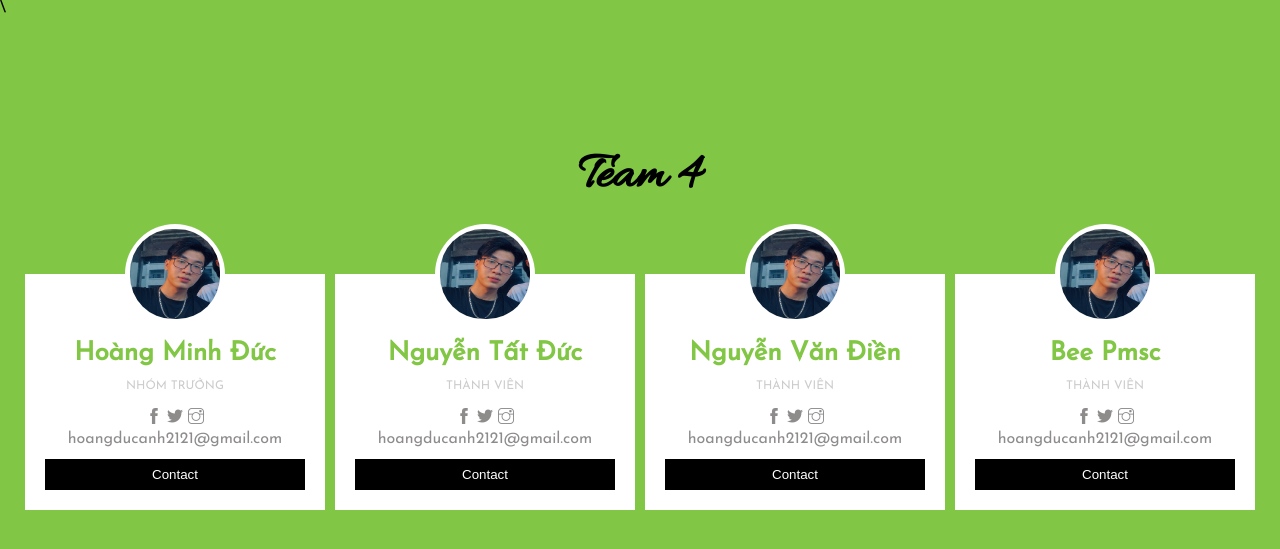
Repository: DuckyNumberONS/webcanhan
Page: index.html
The author's editor kept a copy of each file at every save. The page is drawn from the files as they stood at one save, then again after the next save.
The browser window is 1280 px wide. The pictures show the whole page.

Above is the page before, as saved 2022-10-03 07:53:56.

### index.html
<!DOCTYPE html>
<html lang="en">
  <head>
    <meta charset="UTF-8" />
    <title>Our Team Section</title>
    <link rel="stylesheet" href="styles.css" />
    \
    <link rel="stylesheet" href="/themify-icons/themify-icons.css" />
  </head>
  <body>
    <div class="wrapper">
      <h1>Team 4</h1>
      <div class="team">
        <div class="team_member">
          <div class="team_img">
            <img src="team1.png" alt="Team_image" />
          </div>
          <h3>Hoàng Minh Đức</h3>
          <p class="role">Nhóm trưởng</p>
          <div class="mxh">
            <i class="icon-nav ti-facebook"><a href="#"></a></i>
            <i class="icon-nav ti-twitter-alt"><a href="#"></a></i>
            <i class="icon-nav ti-instagram"><a href="#"></a></i>
          </div>
          <p>hoangducanh2121@gmail.com</p>
          <p>
            <button class="button"><a href="#"></a>Contact</button>
          </p>
        </div>
        <div class="team_member">
          <div class="team_img">
            <img src="team1.png" alt="Team_image" />
          </div>
          <h3>Nguyễn Tất Đức</h3>
          <p class="role">Thành Viên</p>
          <div class="mxh">
            <i class="icon-nav ti-facebook"><a href="#"></a></i>
            <i class="icon-nav ti-twitter-alt"><a href="#"></a></i>
            <i class="icon-nav ti-instagram"><a href="#"></a></i>
          </div>
          <p>hoangducanh2121@gmail.com</p>
          <p>
            <button class="button"><a href="#"></a>Contact</button>
          </p>
        </div>
        <div class="team_member">
          <div class="team_img">
            <img src="team1.png" alt="Team_image" />
          </div>
          <h3>Nguyễn Văn Điền</h3>
          <p class="role">Thành Viên</p>
          <div class="mxh">
            <i class="icon-nav ti-facebook"><a href="#"></a></i>
            <i class="icon-nav ti-twitter-alt"><a href="#"></a></i>
            <i class="icon-nav ti-instagram"><a href="#"></a></i>
          </div>
          <p>hoangducanh2121@gmail.com</p>
          <p>
            <button class="button"><a href="#"></a>Contact</button>
          </p>
        </div>
        <div class="team_member">
          <div class="team_img">
            <img src="team1.png" alt="Team_image" />
          </div>
          <h3>Bee Pmsc</h3>
          <p class="role">Thành Viên</p>
          <div class="mxh">
            <i class="icon-nav ti-facebook"><a href="#"></a></i>
            <i class="icon-nav ti-twitter-alt"><a href="#"></a></i>
            <i class="icon-nav ti-instagram"><a href="#"></a></i>
          </div>
          <p>hoangducanh2121@gmail.com</p>
          <p>
            <button class="button"><a href="#"></a>Contact</button>
          </p>
        </div>
      </div>
    </div>
  </body>
</html>

### styles.css
@import url('https://fonts.googleapis.com/css?family=Allura|Josefin+Sans');

*{
  margin: 0;
  padding: 0;
  box-sizing: border-box;
}

body{
  background: #81c644;
  font-family: 'Josefin Sans', sans-serif;
}

.wrapper{
  margin-top: 10%;
}

.wrapper h1{
  font-family: 'Allura', cursive;
  font-size: 52px;
  margin-bottom: 60px;
  text-align: center;
}

.team{
  display: flex;
  justify-content: center;
  width: auto;
  text-align: center;
  flex-wrap: wrap;
}

.team .team_member{
  background: #fff;
  margin: 5px;
  margin-bottom: 50px;
  width: 300px;
  padding: 20px;
  line-height: 20px;
  color: #8e8b8b;
  position: relative;
}

.team .team_member h3{
  color: #81c644;
  font-size: 26px;
  margin-top: 50px;
}

.team .team_member p.role{
  color: #ccc;
  margin: 12px 0;
  font-size: 12px;
  text-transform: uppercase;
}

.team .team_member .team_img{
  position: absolute;
  top: -50px;
  left: 50%;
  transform: translateX(-50%);
  width: 100px;
  height: 100px;
  border-radius: 50%;
  background: #fff;
}
.team_img>img{
  border-radius:3em ;
}
.team .team_member .team_img img{
  width: 100px;
  height: 100px;
  padding: 5px;
}
.button {
  margin-top: 10px;
  border: none;
  outline: 0;
  display: inline-block;
  padding: 8px;
  color: white;
  background-color: #000;
  text-align: center;
  cursor: pointer;
  width: 100%;

}

.button:hover {
  background-color: #555;
}

Loaded but not shown: themify-icons/themify-icons.css (common file)

After the next save:
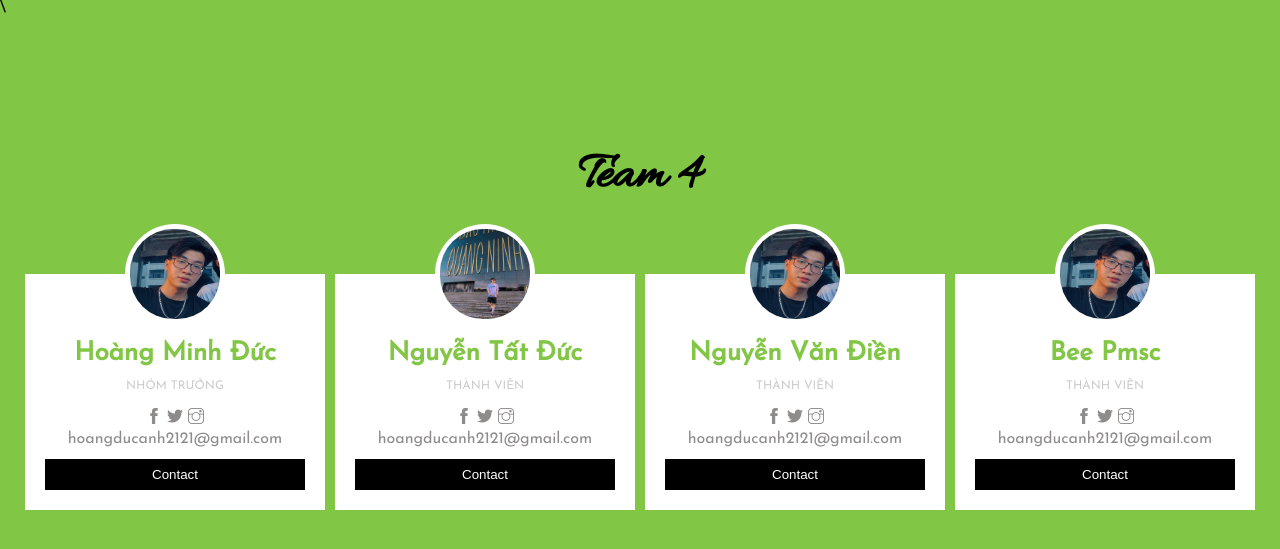
Saved 96 s later.
--- a/index.html
+++ b/index.html
@@ -29,7 +29,7 @@
         </div>
         <div class="team_member">
           <div class="team_img">
-            <img src="team1.png" alt="Team_image" />
+            <img src="team2.jpg" alt="Team_image" />
           </div>
           <h3>Nguyễn Tất Đức</h3>
           <p class="role">Thành Viên</p>
